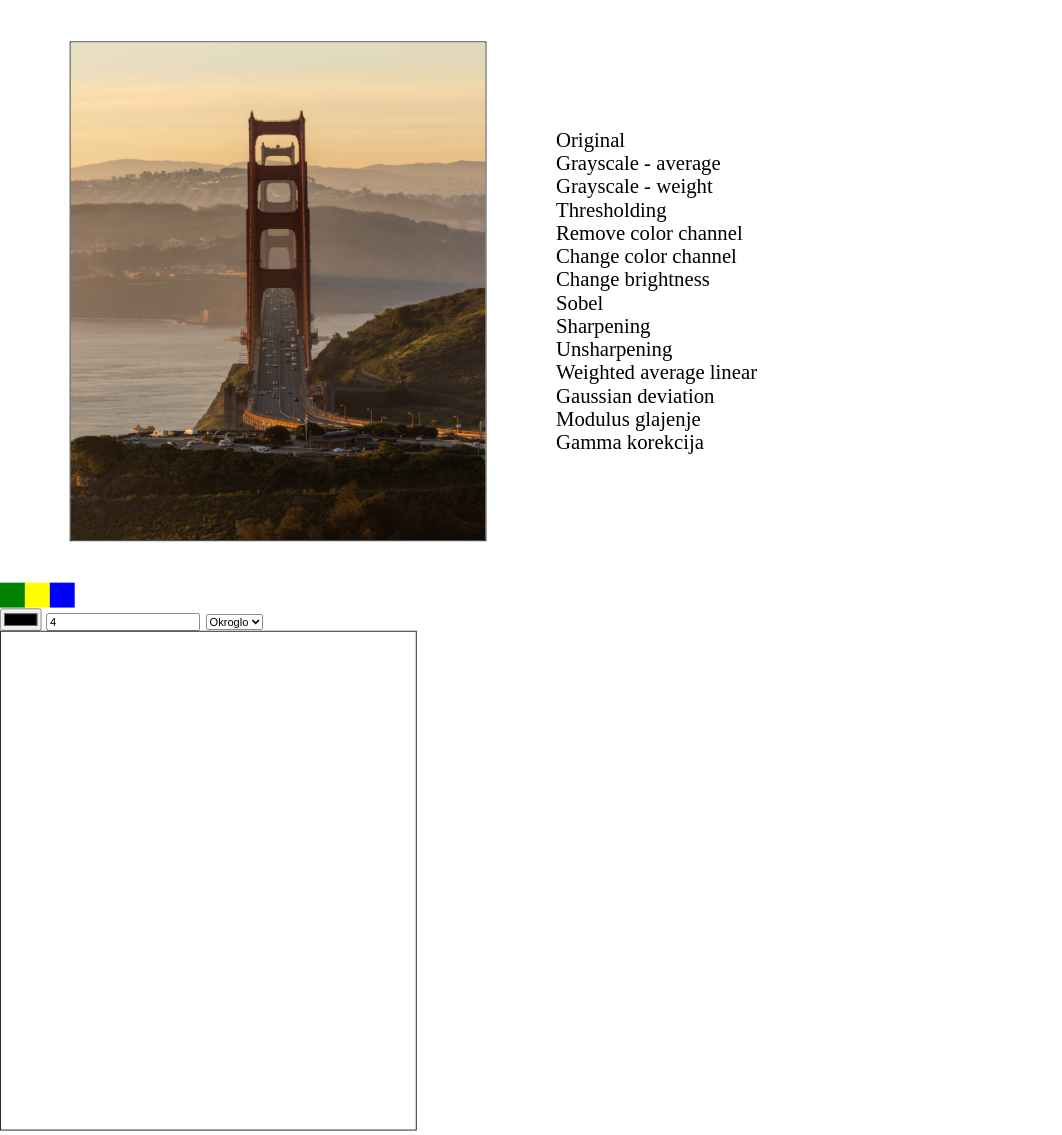
Repository: fussionko/web_photoshop
Page: index.html
These files come from the project's save history. The page is drawn as it stood at one moment and after the next save; the edit follows.
The browser window is 1280 px wide. The pictures show the whole page, at 83% of full size.

Above is the page before, as saved 2022-04-28 11:35:03.

### index.html
<!doctype html>
<html lang="en">
    <head>
        <meta charset="utf-8">
        <meta name="viewport" content="width=device-width, initial-scale=1">

        <title>Slike</title>
        <link rel="stylesheet" href="style.css">
    </head>
    <body>
        <div id="container-main">
            <canvas id="main_canvas"></canvas>
            <div id="container-buttons"></div>
            <div id="container-controls"></div>
        </div>
        <div id="container-assist">
            <div id="container-history"><div id="history-back"></div><div id="history-fow"></div><div id="history-reset"></div></div>
            <div id="container-color">
                <input type="color" id="color" value="#000000">
                <input type="number" id="brush-size" step="1" value="4">
                <select id="cap-type">
                    <option value="butt">Butt</option>
                    <option value="round" selected>Okroglo</option>
                    <option value="square">Kvadrat</option>
                </select>
            </div>
        </div>
        <div id="container-histogram">
            <canvas id="main-graph"></canvas>
        </div>

        <script src="filters.js"></script>
        <script src="draw.js"></script>
        <script src="history.js"></script>
        <script src="graph.js"></script>
        <script src="main.js"></script>
    </body>
</html>

### style.css
html {
    margin: 0;
    width: 100%;
    height: 100%;

    background-color: white !important;
}
body {
    margin: 0;

    display: grid;
    align-items: center;

    font-size: 25px;
    background-color: white !important;
    width: 100%;
    height: 100%;

}

#container-main {
    width: 100%;
    display: grid;
    grid-template-columns: auto auto 200px;
    align-items: center;
    justify-content: space-evenly;
    margin: 50px 0;
}
canvas {

    border: 1px solid black;
}

.button-function {
    border: 1px solid black;
    padding: 5px;
    margin: 5px;;
}

#container-assist {
    display: grid;
}

#container-history {
    display: flex;

}

#history-back, #history-fow, #history-reset {
    width: 30px;
    height: 30px;
}

#history-fow {
    background-color: yellow;
}

#history-back {
    background-color: green;
}

#history-reset {
    background-color: blue;
}

### filters.js
let ultra_computed_gaussian_blur = {};

function gaussian_blur(img_data, deviation)
{
    if(deviation === 0) return img_data;
    if(ultra_computed_gaussian_blur[deviation] !== undefined) return ultra_computed_gaussian_blur[deviation];

    let new_img_data = [];
    const range = 2*deviation;
    let matrix_gaussian = [], sum = get_gaussian_matrix(range, deviation, matrix_gaussian);
    for(let i = 0; i < img_data.length; i+=4)
    {
        let matrix_r_adjecant = [], matrix_g_adjecant = [], matrix_b_adjecant = [];
        get_adjecant_pixels(i, range, img_data, matrix_r_adjecant, matrix_g_adjecant, matrix_b_adjecant);
        new_img_data[i] = calculateMatrixSum(matrix_gaussian, matrix_r_adjecant)/sum;
        new_img_data[i+1] = calculateMatrixSum(matrix_gaussian, matrix_g_adjecant)/sum;
        new_img_data[i+2] = calculateMatrixSum(matrix_gaussian, matrix_b_adjecant)/sum;
        new_img_data[i+3] = img_data[i+3];
    }
    ultra_computed_gaussian_blur[deviation] = new_img_data;

    return new_img_data;
}

function get_adjecant_pixels(index, range, img_data, matrix_r_adjecant, matrix_g_adjecant, matrix_b_adjecant)
{
    let next = canvas_width*4;
    for(let y = -range; y <= range; y++)
    {
        let yrange = y+range;
        matrix_r_adjecant[yrange] = [];
        matrix_g_adjecant[yrange] = [];
        matrix_b_adjecant[yrange] = [];
        for(let x = -range; x <= range; x++)
        {
            let xrange = x+range;
            let r = 128, g = 128, b = 128;
            if(index%(canvas_width*4)+x*4 >= 0)
            {
                const main_i = index+next*y+4*x;
                if(main_i >= 0)
                {
                    r = img_data[main_i];
                    g = img_data[main_i+1];
                    b = img_data[main_i+2];
                }
            }
            matrix_r_adjecant[yrange][xrange] = r;
            matrix_g_adjecant[yrange][xrange] = g;
            matrix_b_adjecant[yrange][xrange] = b;
        }
    }
}

function get_adjecant_pixels_array(index, range, img_data, array_r_adjecant, array_g_adjecant, array_b_adjecant)
{
    const next = canvas_width*4;
    for(let y = -range; y <= range; y++)
    {
        for(let x = -range; x <= range; x++)
        {
            let r = 0, g = 0, b = 0;
            if(index%(canvas_width*4)+x*4 >= 0)
            {
                const main_i = index+next*y+4*x;
                if(main_i >= 0)
                {
                    r = img_data[main_i];
                    g = img_data[main_i+1];
                    b = img_data[main_i+2];
                }
            }
            array_r_adjecant.push(r);
            array_g_adjecant.push(g);
            array_b_adjecant.push(b);
        }
    }
}

function get_gaussian_matrix(range, deviation, matrix_gaussian)
{
    let sum = 0;
    for(let y = -range; y <= range; y++)
    {
        matrix_gaussian[y+range] = [];
        for(let x = -range; x <= range; x++)
        {
            matrix_gaussian[y+range][x+range] = gaussian_2d_equation(x, y, deviation);
            sum += matrix_gaussian[y+range][x+range];
        }
    }
    return sum;
}

function gaussian_2d_equation(x, y, deviation)
{
    let exp = -(x*x+y*y)/(2*deviation*deviation);
    let main = 1/(2*Math.PI*deviation*deviation);
    return main*Math.pow(Math.E, exp);
}

function hexToRgb(hex) {
    var result = /^#?([a-f\d]{2})([a-f\d]{2})([a-f\d]{2})$/i.exec(hex);
    return result ? {
        r: parseInt(result[1], 16),
        g: parseInt(result[2], 16),
        b: parseInt(result[3], 16)
    } : null;
}

function calculateMatrixSum(matrix, values)
{
    let sum = 0;
    for(let i = 0; i < matrix[0].length; i++)
        for(let j = 0; j < matrix.length; j++)
            if(values[i][j] !== undefined)
                sum += values[i][j]*matrix[i][j];
    return sum;
}

function sobel(img_data, min_color, max_color, color_ok, threshold)
{
    let new_img_data = [];
    img_data = grayscale_weight(img_data);
    if(color_ok === true)
    {
        for(let i = 0; i < img_data.length; i+=4)
        {
            let matrix_sum = img_data[i-canvas_width*4] + img_data[i-4] + img_data[i]*-4 + img_data[i+4] + img_data[i+canvas_width*4];
            let color = matrix_sum < threshold ? max_color : min_color;
            new_img_data[i] = hexToRgb(color).r;
            new_img_data[i+1] = hexToRgb(color).g;
            new_img_data[i+2] = hexToRgb(color).b;
            new_img_data[i+3] = img_data[i+3];
        }
    }
    else
    {
        if(computed_sobel !== undefined) return computed_sobel;
        for(let i = 0; i < img_data.length; i+=4)
        {
            let matrix_sum = img_data[i-4-canvas_width*4] + img_data[i-canvas_width*4]*2 + img_data[i+4-canvas_width*4] +
                            img_data[i-4+canvas_width*4]*-1 + img_data[i+canvas_width*4]*-2 + img_data[i+4+canvas_width*4]*-1;
            new_img_data[i] = matrix_sum;
            new_img_data[i+1] = matrix_sum;
            new_img_data[i+2] = matrix_sum;
            new_img_data[i+3] = img_data[i+3];
        }
        computed_sobel = new_img_data;
    }

    return new_img_data;
}

let ultra_computed_modulus = {};

function modulus(img_data, range)
{
    if(ultra_computed_modulus[range] !== undefined) return ultra_computed_modulus[range];

    let new_img_data = [];
    for(let i = 0; i < img_data.length; i+=4)
    {
        let array_r_adjecant = [], array_g_adjecant = [], array_b_adjecant = [];
        get_adjecant_pixels_array(i, range, img_data, array_r_adjecant, array_g_adjecant, array_b_adjecant);
        array_r_adjecant.sort();
        array_g_adjecant.sort();
        array_b_adjecant.sort();
        new_img_data[i] = array_r_adjecant[Math.floor(array_r_adjecant.length/2)];
        new_img_data[i+1] = array_g_adjecant[Math.floor(array_g_adjecant.length/2)];
        new_img_data[i+2] = array_b_adjecant[Math.floor(array_b_adjecant.length/2)];
        new_img_data[i+3] = img_data[i+3];
    }
    ultra_computed_modulus[range] = new_img_data;

    return new_img_data;
}

//let ultra_computed_gamma = {};
function gamma(img_data, gamma)
{
    //if(ultra_computed_gamma[gamma] !== undefined) return ultra_computed_gamma[gamma];

    let new_img_data = [];
    for(let i = 0; i < img_data.length; i+=4)
    {
        new_img_data[i] = 255*Math.pow((img_data[i]/255), gamma);
        new_img_data[i+1] = 255*Math.pow((img_data[i+1]/255), gamma);
        new_img_data[i+2] = 255*Math.pow((img_data[i+2]/255), gamma);
        new_img_data[i+3] = img_data[i+3];
    }
   // ultra_computed_gamma[gamma] = new_img_data;

    return new_img_data;
}

function sharpening(img_data)
{
    let new_img_data = [];
    for(let i = 0; i < img_data.length; i+=4)
    {
        let r_sum = img_data[i-4-canvas_width*4]*-1 + img_data[i-canvas_width*4]*-1 + img_data[i+4-canvas_width*4]*-1 +
                    img_data[i-4]*-1 + img_data[i]*9 + img_data[i+4]*-1 +
                    img_data[i-4+canvas_width*4]*-1 + img_data[i+canvas_width*4]*-1 + img_data[i+4+canvas_width*4]*-1;
        let g_sum = img_data[i+1-4-canvas_width*4]*-1 + img_data[i+1-canvas_width*4]*-1 + img_data[i+1+4-canvas_width*4]*-1 +
                    img_data[i+1-4]*-1 + img_data[i+1]*9 + img_data[i+1+4]*-1 +
                    img_data[i+1-4+canvas_width*4]*-1 + img_data[i+1+canvas_width*4]*-1 + img_data[i+1+4+canvas_width*4]*-1;
        let b_sum = img_data[i+2-4-canvas_width*4]*-1 + img_data[i+2-canvas_width*4]*-1 + img_data[i+2+4-canvas_width*4]*-1 +
                    img_data[i+2-4]*-1 + img_data[i+2]*9 + img_data[i+2+4]*-1 +
                    img_data[i+2-4+canvas_width*4]*-1 + img_data[i+2+canvas_width*4]*-1 + img_data[i+2+4+canvas_width*4]*-1;
        new_img_data[i] = r_sum;
        new_img_data[i+1] = g_sum;
        new_img_data[i+2] = b_sum;
        new_img_data[i+3] = img_data[i+3];
    }
    return new_img_data;
}

function unsharpening(img_data, amount, kernel_size)
{
    let new_img_data = [];
    let blurred = gaussian_blur(img_data, kernel_size);
    for(let i = 0; i < img_data.length; i+=4)
    {
        new_img_data[i] = img_data[i] + (img_data[i]-blurred[i])*amount;
        new_img_data[i+1] = img_data[i+1] + (img_data[i+1]-blurred[i+1])*amount;
        new_img_data[i+2] = img_data[i+2] + (img_data[i+2]-blurred[i+2])*amount;
        new_img_data[i+3] = img_data[i+3];
    }

    return new_img_data;
}

function box_filter(data_m)
{
    let sum = 0;
    for(let i = 0; i < data_m.length; i++)
        for(let j = 0; j < data_m.length; j++)
            sum += data_m[i][j];
    return sum*(1/9);
}

function weighted_avg_linear(img_data, weight)
{
    let new_img_data = [];
    let weighted_avg_linear_matrix_test = [
        [1, 2, 1],
        [2, 4*weight, 2],
        [1, 2, 1]
    ];
    weight *= 2;
    for(let i = 0; i < img_data.length; i+=4)
    {
        let values_matrix_r = [
            [img_data[i-4-canvas_width*4], img_data[i-canvas_width*4], img_data[i+4-canvas_width*4]],
            [img_data[i-4], img_data[i], img_data[i+4]],
            [img_data[i-4+canvas_width*4], img_data[i+canvas_width*4], img_data[i+4+canvas_width*4]]
        ];

        let values_matrix_g = [
            [img_data[i+1-4-canvas_width*4], img_data[i+1-canvas_width*4], img_data[i+1+4-canvas_width*4]],
            [img_data[i+1-4], img_data[i+1], img_data[i+1+4]],
            [img_data[i+1-4+canvas_width*4], img_data[i+1+canvas_width*4], img_data[i+1+4+canvas_width*4]]
        ];

        let values_matrix_b = [
            [img_data[i+2-4-canvas_width*4], img_data[i+2-canvas_width*4], img_data[i+2+4-canvas_width*4]],
            [img_data[i+2-4], img_data[i+2], img_data[i+2+4]],
            [img_data[i+2-4+canvas_width*4], img_data[i+2+canvas_width*4], img_data[i+2+4+canvas_width*4]]
        ];

        let mat_r = calculateMatrixSum(weighted_avg_linear_matrix_test, values_matrix_r)*(1/weight);
        let mat_g = calculateMatrixSum(weighted_avg_linear_matrix_test, values_matrix_g)*(1/weight);
        let mat_b = calculateMatrixSum(weighted_avg_linear_matrix_test, values_matrix_b)*(1/weight);

        new_img_data[i] = mat_r;
        new_img_data[i+1] = mat_g;
        new_img_data[i+2] = mat_b;
        new_img_data[i+3] = img_data[i+3];
    }

    return new_img_data;
}

function grayscale_average(img_data)
{
    let new_img_data = [];
    for(let i = 0; i < img_data.length; i+=4)
    {
        let avg = Math.round((img_data[i]+img_data[i+1]+img_data[i+2])/3);
        new_img_data[i] = avg;
        new_img_data[i+1] = avg;
        new_img_data[i+2] = avg;
        new_img_data[i+3] = img_data[i+3];
    }
    return new_img_data;
}

function grayscale_weight(img_data)
{
    let new_img_data = [];
    let r_weight = 0.299, g_weight = 0.587, b_weight = 0.114;
    for(let i = 0; i < img_data.length; i+=4)
    {
        let sum = img_data[i]*r_weight + img_data[i+1]*g_weight + img_data[i+2]*b_weight;
        new_img_data[i] = sum;
        new_img_data[i+1] = sum;
        new_img_data[i+2] = sum;
        new_img_data[i+3] = img_data[i+3];
    }
    return new_img_data;
}

function thresholding(img_data, pixel_value_min, pixel_value_max, threshold)
{
    let new_img_data = [];
    for(let i = 0; i < img_data.length; i+=4)
    {
        new_img_data[i] = img_data[i] > threshold ? pixel_value_max : pixel_value_min;
        new_img_data[i+1] = img_data[i+1] > threshold ? pixel_value_max : pixel_value_min;
        new_img_data[i+2] = img_data[i+2] > threshold ? pixel_value_max : pixel_value_min;
        new_img_data[i+3] = img_data[i+3];
    }
    return new_img_data;
}

function color_channel_remove(img_data, r, g, b)
{
    let new_img_data = [];
    for(let i = 0; i < img_data.length; i += 4)
    {
        new_img_data[i] = r === false ? 0 : img_data[i];
        new_img_data[i+1] = g === false ? 0 : img_data[i+1];
        new_img_data[i+2] = b === false ? 0 : img_data[i+2];
        new_img_data[i+3] = img_data[i+3];
    }
    return new_img_data;
}

function color_channel_change(img_data, r, g, b)
{
    let new_img_data = [];
    for(let i = 0; i < img_data.length; i += 4)
    {
        new_img_data[i] = r !== 0 ? img_data[i]+r : img_data[i];
        new_img_data[i+1] = g !== 0 ? img_data[i+1]+g : img_data[i+1];
        new_img_data[i+2] = b !== 0 ? img_data[i+2]+b : img_data[i+2];
        new_img_data[i+3] = img_data[i+3];
    }
    return new_img_data;
}

function brighten_image(img_data, brightnes_increase)
{
    let new_img_data = [];
    if(brightnes_increase === 0) return img_data;
    for(let i = 0; i < img_data.length; i+=4)
    {
        new_img_data[i] = img_data[i]+brightnes_increase;
        new_img_data[i+1] = img_data[i+1]+brightnes_increase;
        new_img_data[i+2] = img_data[i+2]+brightnes_increase;
        new_img_data[i+3] = img_data[i+3];
    }
    return new_img_data;
}

let computed_sobel;
let computed_sobel_x;
let computed_sobel_y;

let computed_sobel_sum_x;
let computed_sobel_sum_y; // mozno

function sobel_y(img_data, min_color, max_color, color_ok, threshold)
{
    let new_img_data = [];
    img_data = grayscale_weight(img_data);
    if(color_ok === true)
    {
        for(let i = 0; i < img_data.length; i+=4)
        {
            let matrix_sum = img_data[i-4-canvas_width*4] + img_data[i+4-canvas_width*4]*-1 +
                            img_data[i-4]*2 + img_data[i+4]*-2 +
                            img_data[i-4+canvas_width*4] + img_data[i+4+canvas_width*4]*-1;
            let color = matrix_sum < threshold ? max_color : min_color;
            new_img_data[i] = hexToRgb(color).r;
            new_img_data[i+1] = hexToRgb(color).g;
            new_img_data[i+2] = hexToRgb(color).b;
            new_img_data[i+3] = img_data[i+3];
        }
    }
    else
    {
        if(computed_sobel_y !== undefined) return computed_sobel_y;
        for(let i = 0; i < img_data.length; i+=4)
        {
            let matrix_sum = img_data[i-4-canvas_width*4] + img_data[i-canvas_width*4]*2 + img_data[i+4-canvas_width*4] +
                            img_data[i-4+canvas_width*4]*-1 + img_data[i+canvas_width*4]*-2 + img_data[i+4+canvas_width*4]*-1;
            new_img_data[i] = matrix_sum;
            new_img_data[i+1] = matrix_sum;
            new_img_data[i+2] = matrix_sum;
            new_img_data[i+3] = img_data[i+3];
        }
        computed_sobel_y = new_img_data;
    }

    return new_img_data;
}

function sobel_x(img_data, min_color, max_color, color_ok, threshold)
{
    let new_img_data = [];
    img_data = grayscale_weight(img_data);
    if(color_ok === true)
    {
        for(let i = 0; i < img_data.length; i+=4)
        {
            let matrix_sum = img_data[i-4-canvas_width*4] + img_data[i-canvas_width*4]*2 + img_data[i+4-canvas_width*4] +
                            img_data[i-4+canvas_width*4]*-1 + img_data[i+canvas_width*4]*-2 + img_data[i+4+canvas_width*4]*-1;
            let color = matrix_sum < threshold ? max_color : min_color;
            new_img_data[i] = hexToRgb(color).r;
            new_img_data[i+1] = hexToRgb(color).g;
            new_img_data[i+2] = hexToRgb(color).b;
            new_img_data[i+3] = img_data[i+3];
        }
    }
    else
    {
        if(computed_sobel_x !== undefined) return computed_sobel_x;
        for(let i = 0; i < img_data.length; i+=4)
        {
            let matrix_sum = img_data[i-4-canvas_width*4] + img_data[i-canvas_width*4]*2 + img_data[i+4-canvas_width*4] +
                            img_data[i-4+canvas_width*4]*-1 + img_data[i+canvas_width*4]*-2 + img_data[i+4+canvas_width*4]*-1;
            new_img_data[i] = matrix_sum;
            new_img_data[i+1] = matrix_sum;
            new_img_data[i+2] = matrix_sum;
            new_img_data[i+3] = img_data[i+3];
        }
        computed_sobel_x = new_img_data;
    }

    return new_img_data;
}

### draw.js
function loadDraw()
{
    document.addEventListener('mousemove', draw);
    document.addEventListener('mousedown', function(e){
        setPosition(e);
        draw(e);
    });
    document.addEventListener('mouseenter', setPosition);
    document.addEventListener('mouseup', function(e){
        if(e.clientX > canvas_x_position + canvas_width || e.clientX < canvas_x_position) return;
        if(e.clientY > canvas_y_position + canvas_height || e.clientY < canvas_y_position) return;
        loadImage(getPixelData());
    });

    document.getElementById("color").addEventListener("change", function(){
        draw_color = this.value;
        console.log(draw_color);
    });

    document.getElementById("brush-size").addEventListener("change", function(){
        brush_size = parseInt(this.value);
        console.log(brush_size);
    });

    document.getElementById("cap-type").addEventListener("change", function(){
        cap_type = this.value;
        console.log(cap_type);
    });
}

let pos = {x:0, y:0}

function setPosition(e)
{
    pos.x = e.clientX - canvas_x_position;
    pos.y = e.clientY - canvas_y_position;
}

let draw_color = "#000000";
let brush_size = 4;
let cap_type = "round";
function draw(e)
{
    if (e.buttons !== 1) return;

    main_ctx.beginPath(); // begin

    main_ctx.lineWidth = brush_size;
    main_ctx.lineCap = cap_type;
    main_ctx.strokeStyle = draw_color;

    main_ctx.moveTo(pos.x, pos.y); // from
    setPosition(e);
    main_ctx.lineTo(pos.x, pos.y); // to

    main_ctx.stroke(); // draw it!


}

function delete_draw(e)
{
    if (e.buttons !== 1) return;

    main_ctx.beginPath(); // begin

    main_ctx.lineWidth = brush_size;
    main_ctx.lineCap = 'round';
    main_ctx.strokeStyle = draw_color;

    main_ctx.moveTo(pos.x, pos.y); // from
    setPosition(e);
    main_ctx.lineTo(pos.x, pos.y); // to

    main_ctx.stroke(); // draw it!
}

### history.js
function loadHistory()
{
    document.getElementById("history-back").addEventListener("click", function(){
        if(moveBackwardHistory() == -1) return;
        loadImageHistory();
    })

    document.getElementById("history-fow").addEventListener("click", function(){
        if(moveFowardHistory() == -1) return;
        loadImageHistory();
    })

    document.getElementById("history-reset").addEventListener("click", function(){
        let draw_image = new ImageData(canvas_width, canvas_height);
        draw_image.data.set(original_img_data);
        history = [draw_image.data];
        currentHistoryIndex = 1;
        current_filter_data["filter"] = "original";
        current_filter_data["index"] = 1;
        current_filter_data["data"] = draw_image.data;
        loadImageHistory();
    })
}

let history = [];
let currentHistoryIndex = 0;
function addToHistory(img_data)
{
    if(checkSame(img_data, history[history.length-1]) == 1) return;
    if(currentHistoryIndex != history.length)
        removeHistoryToIndex();

    history.push(img_data);
    currentHistoryIndex++;
}

function removeHistoryToIndex()
{
    history.splice(currentHistoryIndex, history.length-currentHistoryIndex)
}

function moveFowardHistory()
{
    if(currentHistoryIndex+1 > history.length) return -1;
    currentHistoryIndex++;
    return 1;
}

function moveBackwardHistory()
{
    if(currentHistoryIndex-1 <= 0) return -1;
    currentHistoryIndex--;
    return 1;
}

function getCurrentHistory()
{
    return history[currentHistoryIndex];
}

### graph.js

const graph_width = 500;
const graph_height = 600;

let main_graph;
let graph_ctx;





function initGraph()
{
    main_graph = document.getElementById("main-graph");
    graph_ctx = main_graph.getContext('2d');
    main_graph.width = graph_width;
    main_graph.height = graph_height;
}

let basket_num = 10;
let basket_size = Math.round(255/basket_num);
const graph_template = {
    "r":{},
    "g":{},
    "b":{}
}
let graph = JSON.parse(JSON.stringify(graph_template));

function create_graph()
{
    graph = JSON.parse(JSON.stringify(graph_template));
    for(let i = 0; i < basket_num; i++)
    {
        graph["r"][basket_size*i] = 0;
        graph["g"][basket_size*i] = 0;
        graph["b"][basket_size*i] = 0;
    }
}

function count_graph()
{
    let num = 0;
    for(const color in graph)
    {
        let keys = Object.keys(graph[color]);

    }
    return num;
}
function count_Pixel(img_data)
{
    let ranges = Object.keys(graph["r"]);
    for(let i = 0; i < img_data.length; i+=4)
    {
        for(const key in ranges)
            if(img_data[i] < ranges[key])
            {
                graph["r"][ranges[key]]++;
                break;
            }
        for(const key in ranges)
            if(img_data[i+1] < ranges[key])
            {
                graph["g"][ranges[key]]++;
                break;
            }
        for(const key in ranges)
            if(img_data[i+2] < ranges[key])
            {
                graph["b"][ranges[key]]++;
                break;
            }
    }
}

Loaded but not shown: main.js (432 lines, source omitted)

After the next save:
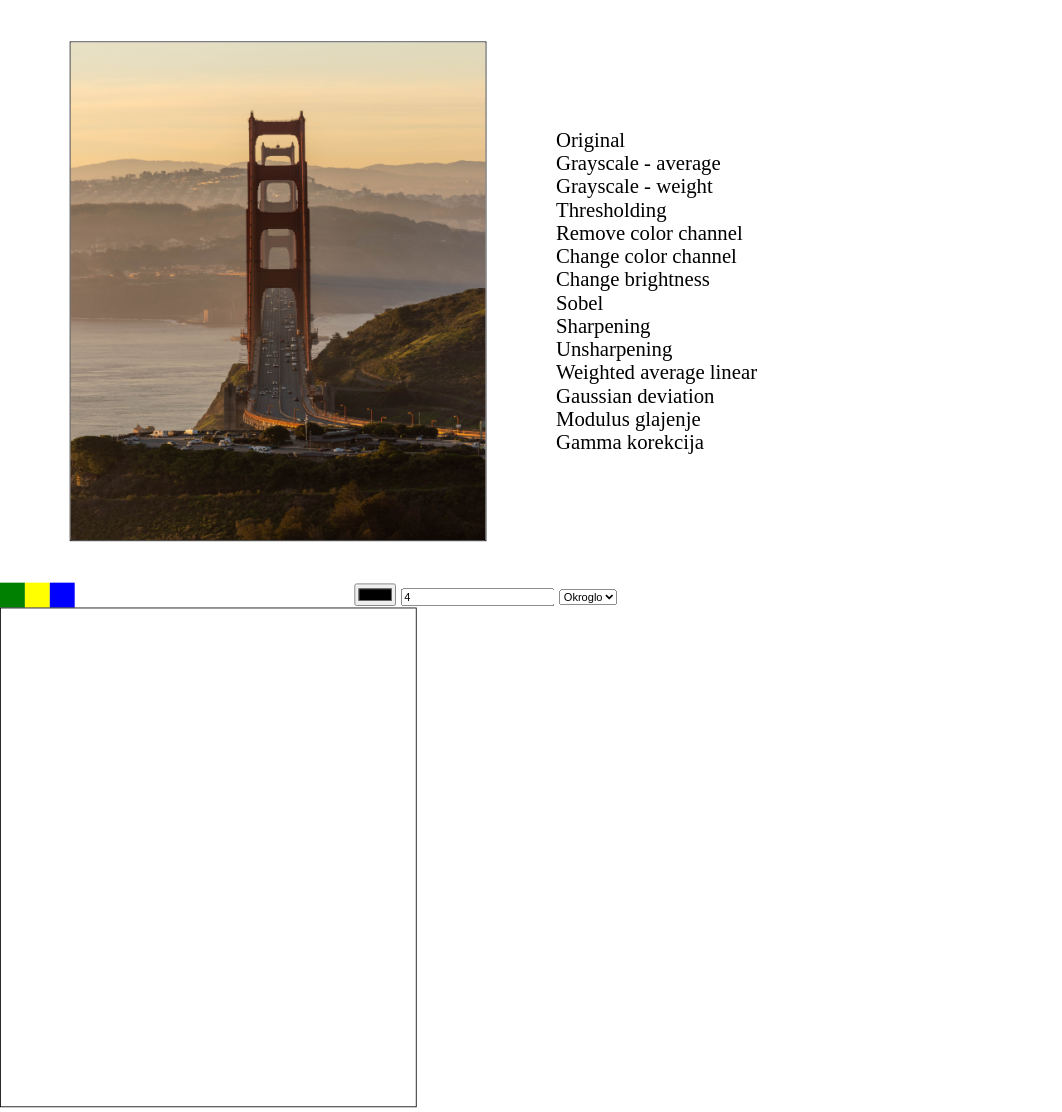
Saved 8 s later.
--- a/style.css
+++ b/style.css
@@ -39,6 +39,7 @@ canvas {
 
 #container-assist {
     display: grid;
+    grid-template-columns: auto auto 200px;
 }
 
 #container-history {
